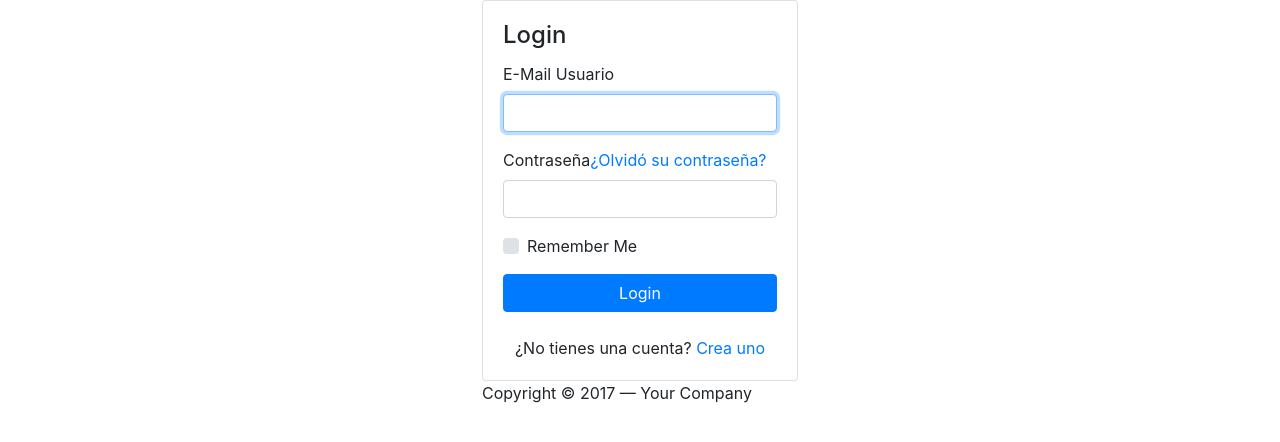
Repository: igmeMarcial/ProyectoLP-2023
Page: http://localhost/proyectoLP_2023/
The author's editor kept a copy of each file at every save. The page is drawn from the files as they stood at one save, then again after the next save.
The browser window is 1280 px wide. The pictures show the whole page.
The page is served by Tomcat 9. Other server files are loaded and not shown.

Above is the page before, as saved 2023-02-21 03:43:50.
Console error: TypeError: Cannot read properties of undefined (reading 'fn')

### proyectoLP_2023/WebContent/index.jsp
<%@ page language="java" contentType="text/html; charset=ISO-8859-1"
    pageEncoding="ISO-8859-1"%>
<!DOCTYPE html PUBLIC "-//W3C//DTD HTML 4.01 Transitional//EN" "http://www.w3.org/TR/html4/loose.dtd">
<html>
<head>
<meta http-equiv="Content-Type" content="text/html; charset=ISO-8859-1">
<link rel="stylesheet" href="https://cdn.jsdelivr.net/npm/bootstrap@4.0.0/dist/css/bootstrap.min.css" integrity="sha384-Gn5384xqQ1aoWXA+058RXPxPg6fy4IWvTNh0E263XmFcJlSAwiGgFAW/dAiS6JXm" crossorigin="anonymous">
<script src="https://cdn.jsdelivr.net/npm/bootstrap@4.0.0/dist/js/bootstrap.min.js" integrity="sha384-JZR6Spejh4U02d8jOt6vLEHfe/JQGiRRSQQxSfFWpi1MquVdAyjUar5+76PVCmYl" crossorigin="anonymous"></script>
<title>Login</title>
</head>
<body style="background-color: '#f7f9fb'" class="m-0 vh-100 row d-flex justify-content-center align-items-center">
	<div class="auth ">
		 <div class="auth__body">
    	<div class="card fat">
						<div class="card-body">
							<h4 class="card-title">Login</h4>
							<form method="POST" class="my-login-validation" novalidate="">
								<div class="form-group">
									<label for="email">E-Mail Usuario</label>
									<input id="email" type="email" class="form-control" name="email" value="" required autofocus>
									<div class="invalid-feedback">
										Email is invalid
									</div>
								</div>

								<div class="form-group">
									<label for="password">Contraseña
										<a href="forgot.html" class="float-right">
											¿Olvidó su contraseña?
										</a>
									</label>
									<input id="password" type="password" class="form-control" name="password" required data-eye>
								    <div class="invalid-feedback">
								    	Password is required
							    	</div>
								</div>

								<div class="form-group">
									<div class="custom-checkbox custom-control">
										<input type="checkbox" name="remember" id="remember" class="custom-control-input">
										<label for="remember" class="custom-control-label">Remember Me</label>
									</div>
								</div>

								<div class="form-group m-0">
									<button type="submit" class="btn btn-primary btn-block">
										Login
									</button>
								</div>
								<div class="mt-4 text-center">
									¿No tienes una cuenta? <a href="register.html"> Crea uno</a>
								</div>
							</form>
						</div>
					</div>
					<div class="footer">
						Copyright &copy; 2017 &mdash; Your Company
					</div>
				</div>
  </div>
	</div>

</body>
</html>

After the next save:
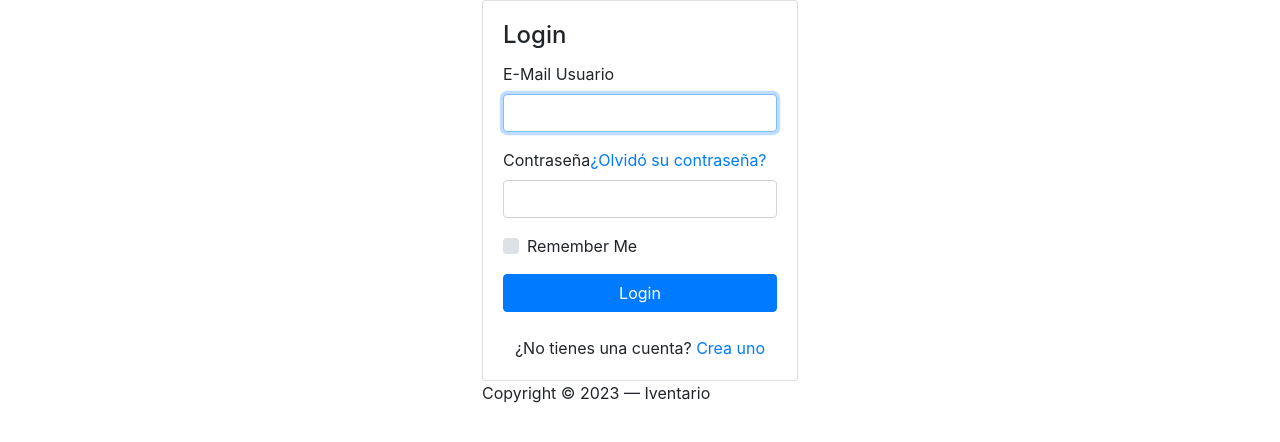
Saved 34 s later.
--- a/proyectoLP_2023/WebContent/index.jsp
+++ b/proyectoLP_2023/WebContent/index.jsp
@@ -54,7 +54,7 @@
 						</div>
 					</div>
 					<div class="footer">
-						Copyright &copy; 2017 &mdash; Your Company
+						Copyright &copy; 2023 &mdash; Iventario
 					</div>
 				</div>
   </div>
